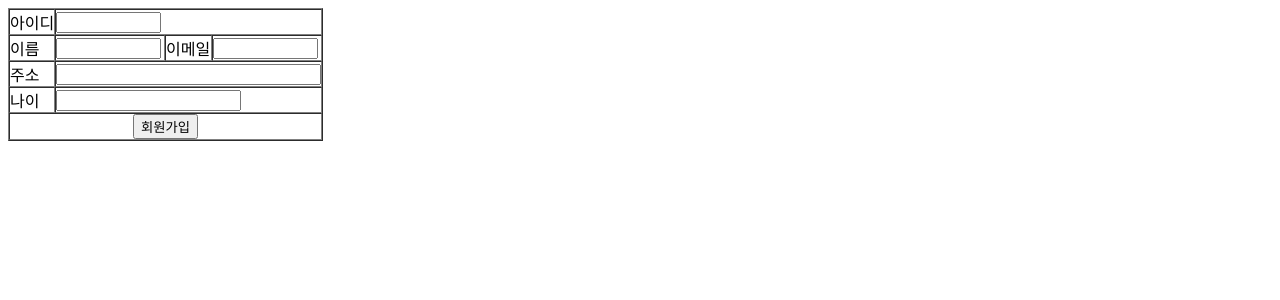
Repository: jjanggu1990/kh_java
Page: http://localhost/JSP_EX/day0323/chap11/membershipForm.jsp
These files come from the project's save history. The page is drawn as it stood at one moment and after the next save; the edit follows.
The browser window is 1280 px wide. The pictures show the whole page.
The page is served by Tomcat 9.

Above is the page before, as saved 2016-03-23 08:19:25.

After the next save:
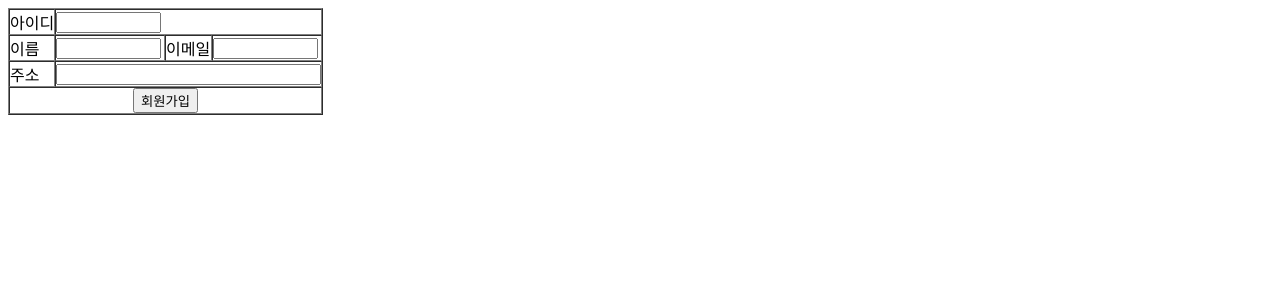
Saved 14 s later.
--- a/workspace/JSP_EX/WebContent/day0323/chap11/membershipForm.jsp
+++ b/workspace/JSP_EX/WebContent/day0323/chap11/membershipForm.jsp
@@ -20,10 +20,7 @@
 	<td>주소</td>
 	<td colspan="3"><input type="text" name="address" size="30"></td>
 </tr>
-<tr>
-	<td>나이</td>
-	<td colspan="3"><input type="text" name="age"></td>
-</tr>
+
 <tr>
 	<td colspan="4" align="center">
 	<input type="submit" value="회원가입">
